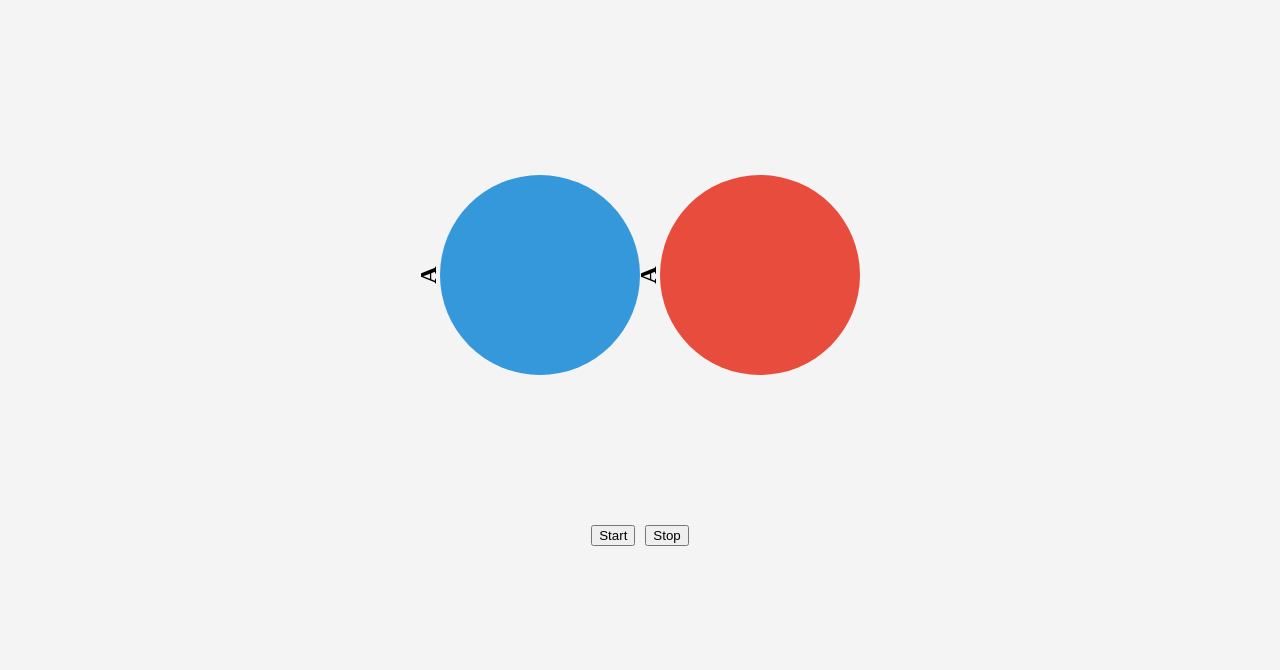
Repository: boshi-an/Isorhythm
Page: .vscode/Isorhythm/index.html
An editor plug-in stored every save of this project. The page is shown before and after the next save, followed by the edit.
The browser window is 1280 px wide. The pictures show the whole page.

Above is the page before, as saved 2023-10-18 17:53:53.

After the next save:
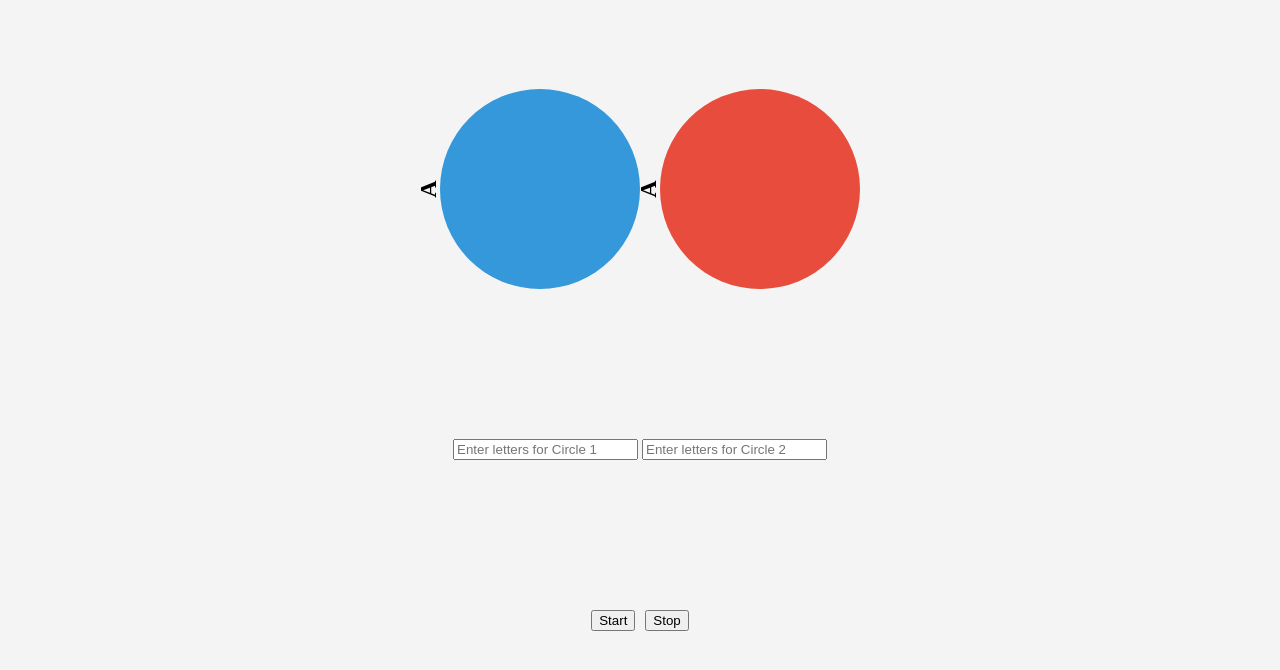
Saved 2 min 44 s later.
--- a/.vscode/Isorhythm/index.html
+++ b/.vscode/Isorhythm/index.html
@@ -17,6 +17,10 @@
             <div class="letter">A</div>
         </div>
     </div>
+    <div class="inputContainer">
+        <input type="text" id="input1" placeholder="Enter letters for Circle 1">
+        <input type="text" id="input2" placeholder="Enter letters for Circle 2">
+    </div>
     <div class="uiContainer">
         <button id="startBtn">Start</button>
         <button id="stopBtn">Stop</button>
